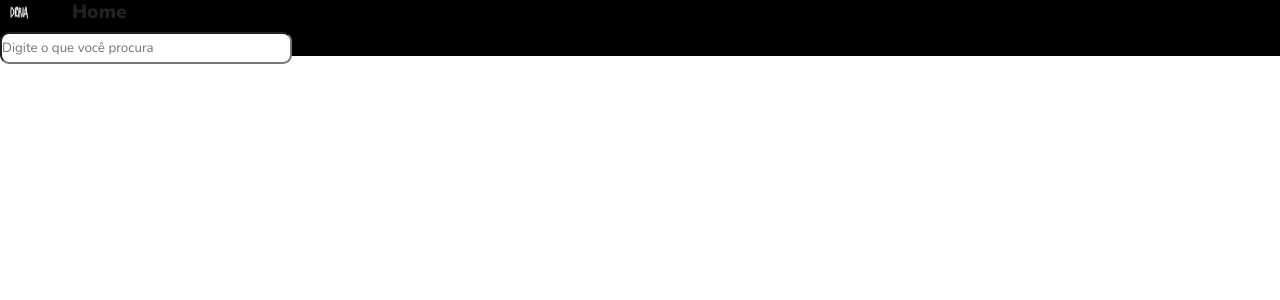
Repository: analessp/dicriastreet
Page: index.html
The author's editor kept a copy of each file at every save. The page is drawn from the files as they stood at one save, then again after the next save.
The browser window is 1280 px wide. The pictures show the whole page.

Above is the page before, as saved 2025-04-17 12:14:14.

### index.html
<!DOCTYPE html>
<html lang="pt-BR">
<head>
    <meta charset="UTF-8">
    <meta name="viewport" content="width=device-width, initial-scale=1.0">
    <title>dicriastreet</title>
    <link rel="preconnect" href="https://fonts.googleapis.com">
    <link rel="preconnect" href="https://fonts.gstatic.com" crossorigin>
    <link href="https://fonts.googleapis.com/css2?family=Nunito:ital,wght@0,200..1000;1,200..1000&family=Outfit:wght@100..900&display=swap" rel="stylesheet">
    <link rel="stylesheet" href="style.css">
</head>
<body>
    <header>
        <nav>
            <nav id="header-nav">
                <img src="/assets/logo.png" alt="Logo dicriastreet" id="header-logo">
            <ul>
                <li>Home</li>
                <li>Sobre a Loja</li>
                <li>Modelos</li>
                <li>Contatos</li>
            </ul>
        </nav>
        <div id="header-search-bar">
            <input type="text" placeholder="Digite o que você procura">
            <button>
                <img id="search-icon" src="/assets/search.svg" alt="Imagem de uma lupa">
        </div>
    </header>
    <main>

    </main>
    <footer>

    </footer>
</body>
</html>

### style.css
:root {
    --background-color: #000000;
    --font-color: #ffffff;
    --primary-color: #adaaaa;
    --secondary-color: #212121;
}

* {
    margin: 0;
    padding: 0;
    font-family: "Nunito", sans-serif;
}

body {
    height: 100vh;
}

header {
    display: flex;
    align-items: center;
    justify-content: space-between;
    height: 3.5rem;
    background-color: var(--background-color);
    gap: 1.5rem;
    padding: 0,5rem 1.5rem;
}

#header-nav {
    display: flex;
    align-items: center;
    gap: 2rem;
}

#header-logo {
    width: 2.5rem;
    height: fit-content;
    border-radius: 100%;
}


#header-nav ul {
    display: flex;
    color: var(--var-font-color);
    font-size: 1.2rem;
    list-style: none;
    gap: 2.5rem;
}

#header-nav ul li:first-child {
    color: var(--secondary-color);
    font-weight: 900;
}

#header-seach-bar {
    position: relative;
}

#header-search-bar input {
    border-radius: 9px;
    height: 1.8rem;
    width: 18rem;
    padding: 0 1 rem;
}

#header-search-bar button {
    cursor: pointer;
    height: 1.8rem;
    width: 2rem;
    border-radius: 9px;
    background-color: var(--var-font-color);
    padding: 0.2rem 0.5rem;
    border: none;
    position: absolute;
    right: 0.08rem;
    top: 0.1rem;

    &:active {
        transform: scale(0.9);
        background-color: var(--secondary-color);
    }
}

#search-icon {
    width: 0.8rem;
}

After the next save:
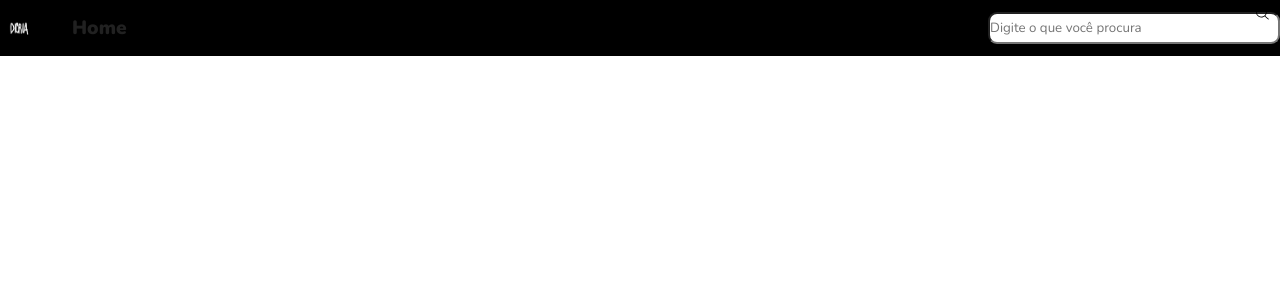
Saved 93 s later.
--- a/index.html
+++ b/index.html
@@ -11,7 +11,6 @@
 </head>
 <body>
     <header>
-        <nav>
             <nav id="header-nav">
                 <img src="/assets/logo.png" alt="Logo dicriastreet" id="header-logo">
             <ul>
